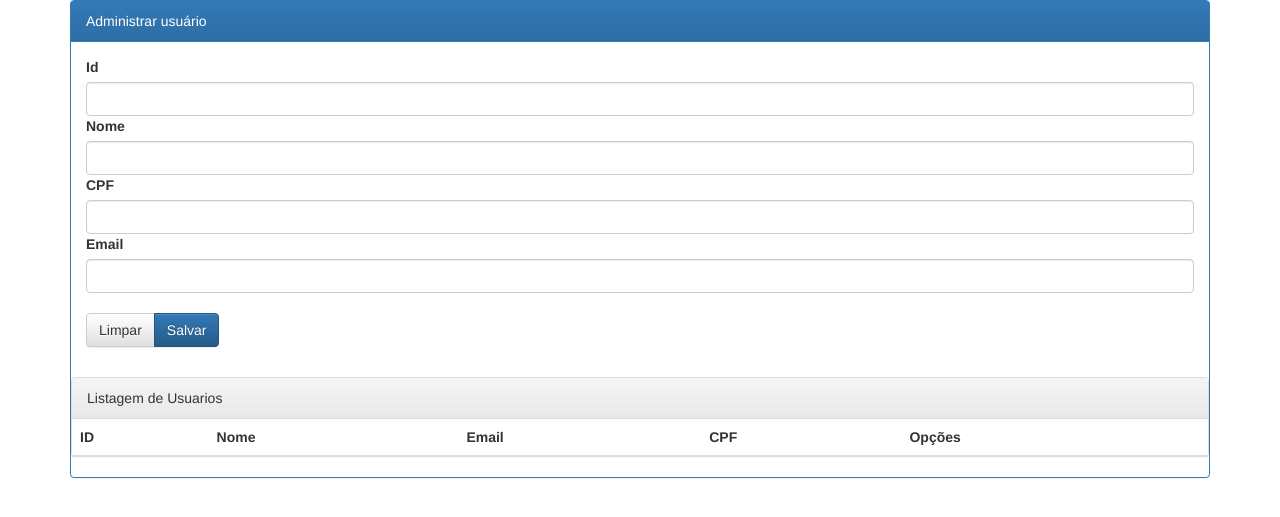
Repository: heloisakrajewski/projeto-leo
Page: Projeto/pyrafilms/WebContent/index.html
An editor plug-in stored every save of this project. The page is shown before and after the next save, followed by the edit.
The browser window is 1280 px wide. The pictures show the whole page.
The page's requests for data from a server got no answer.

Above is the page before, as saved 2016-11-22 23:21:56.

After the next save:
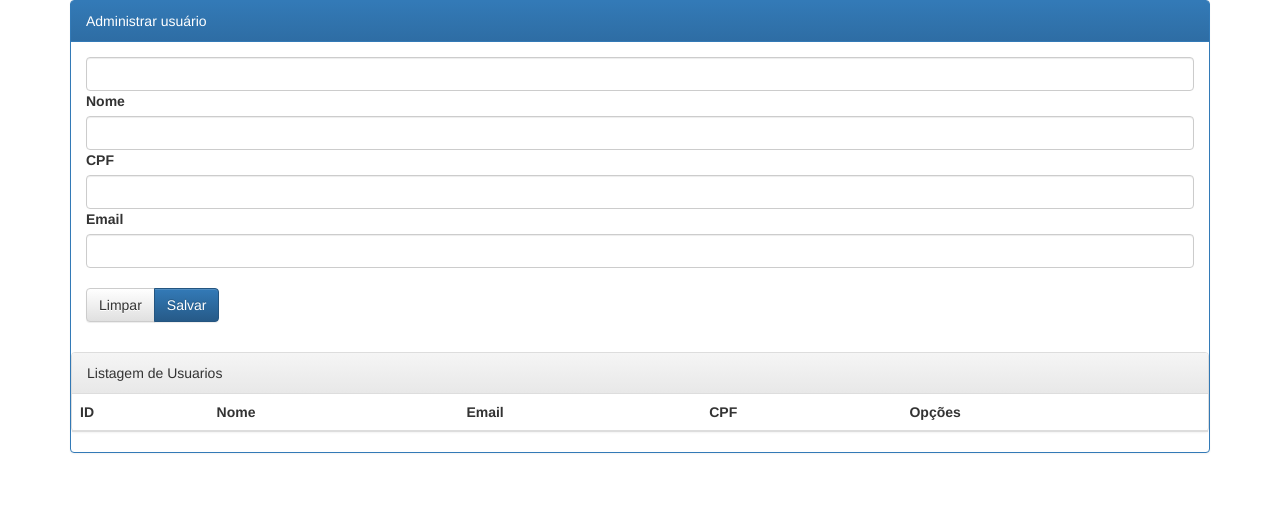
Saved 6 s later.
--- a/Projeto/pyrafilms/WebContent/index.html
+++ b/Projeto/pyrafilms/WebContent/index.html
@@ -22,7 +22,7 @@
 
 				<form id="criarUsuarioForm">
 					<div class="form-group">
-						<label>Id</label>
+						<label hidden>Id</label>
 						<input type="text" class="form-control"name="id" hidden />
 
 						<label>Nome</label>
